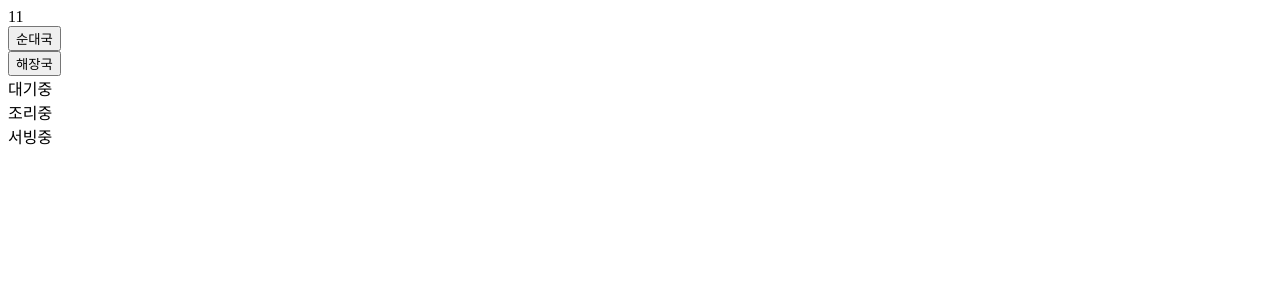
Repository: IT-magician/Restaurant-Simulation
Page: index.html
The author's editor kept a copy of each file at every save. The page is drawn from the files as they stood at one save, then again after the next save.
The browser window is 1280 px wide. The pictures show the whole page.

Above is the page before, as saved 2023-11-14 20:20:38.

After the next save:
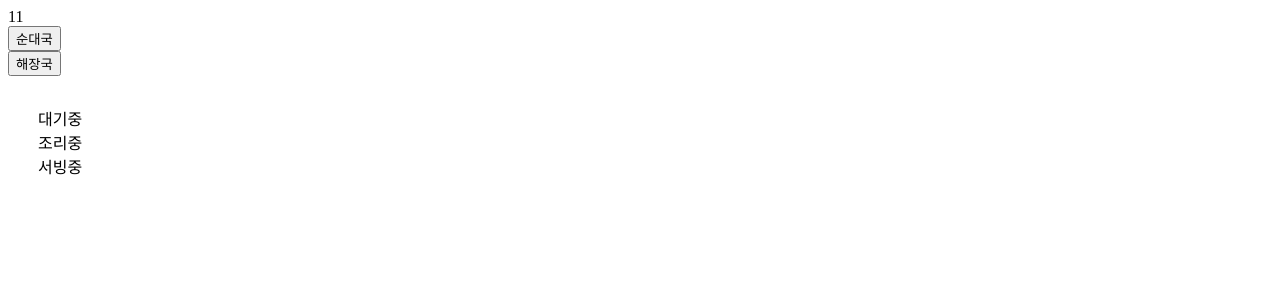
Saved 105 s later.
--- a/index.html
+++ b/index.html
@@ -19,9 +19,11 @@
         <div class="food"><input type="button" value="해장국" /></div>
       </div>
     </div>
-    <div class="order-display">
-      대기중
-      <div id="waiting"></div>
+    <div class="order-display" style="margin: 30px">
+      <div class="item">
+        <div class="title">대기중</div>
+        <div id="waiting"></div>
+      </div>
       조리중
       <div id="cooking"></div>
       서빙중
